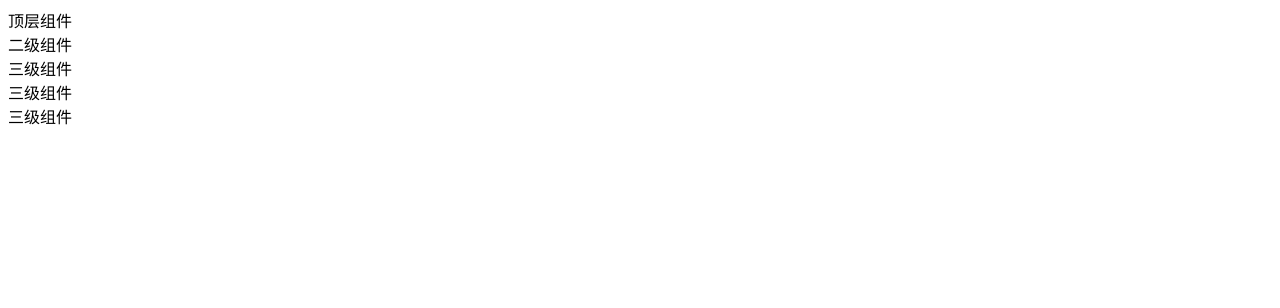
Repository: chenguocan/Vue_component
Page: 局部组件.html
These files come from the project's save history. The page is drawn as it stood at one moment and after the next save; the edit follows.
The browser window is 1280 px wide. The pictures show the whole page.

Above is the page before, as saved 2020-07-23 09:50:10.

After the next save:
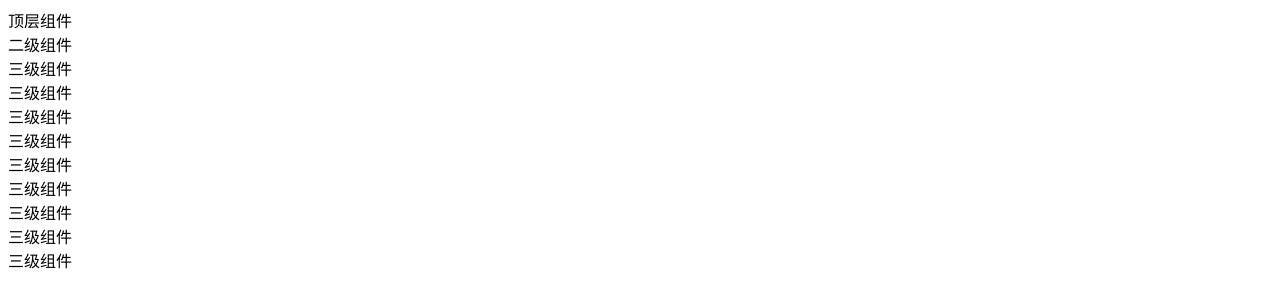
Saved 14 s later.
--- a/局部组件.html
+++ b/局部组件.html
@@ -49,6 +49,12 @@
       <div>{{second}}</div>
       <third-component></third-component>
       <third-component></third-component>
+      <third-component></third-component>
+      <third-component></third-component>
+      <third-component></third-component>
+      <third-component></third-component>
+      <third-component></third-component>
+      <third-component></third-component>
       </div>`,
     });
     Vue.component("third-component", {
